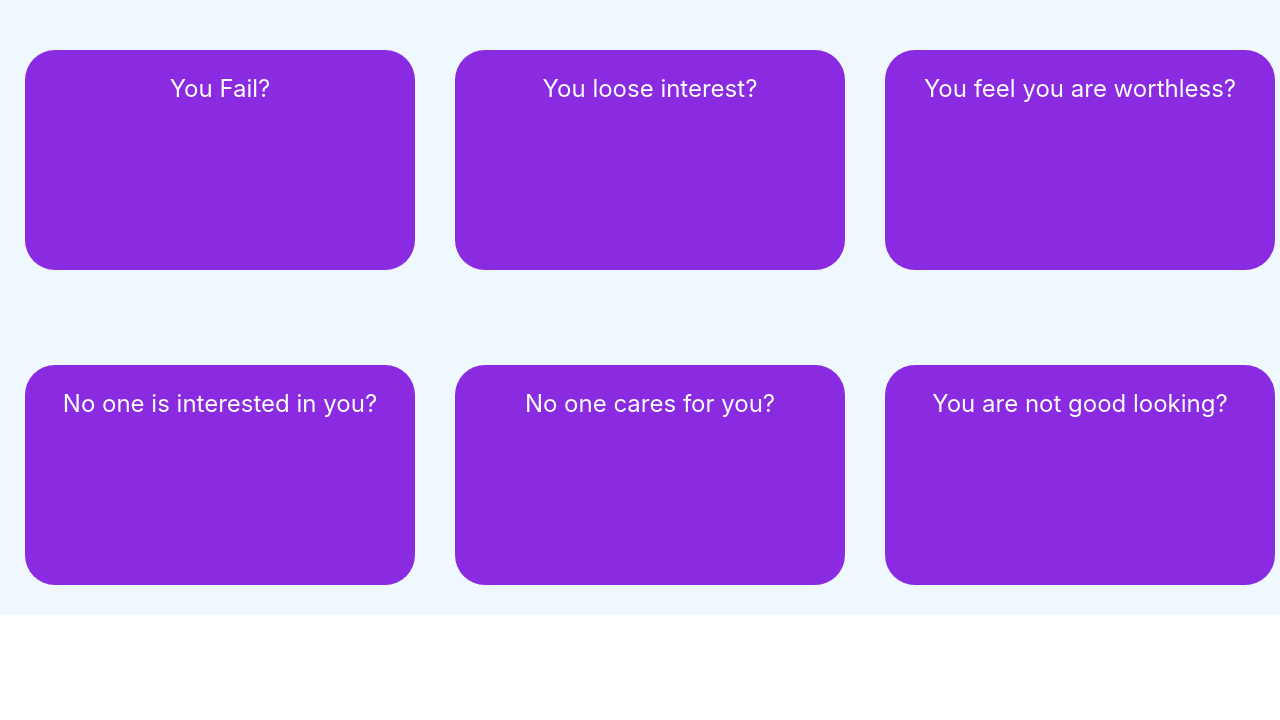
Repository: thai-shriya/anxiety-tracker
Page: /
The author's editor kept a copy of each file at every save. The page is drawn from the files as they stood at one save, then again after the next save.
The browser window is 1280 px wide. The pictures show the whole page.
The project was rebuilt for these pictures with package versions that can differ from the ones it lists, and the page was loaded fresh each time.

Above is the page before, as saved 2024-04-23 02:23:49.

After the next save:
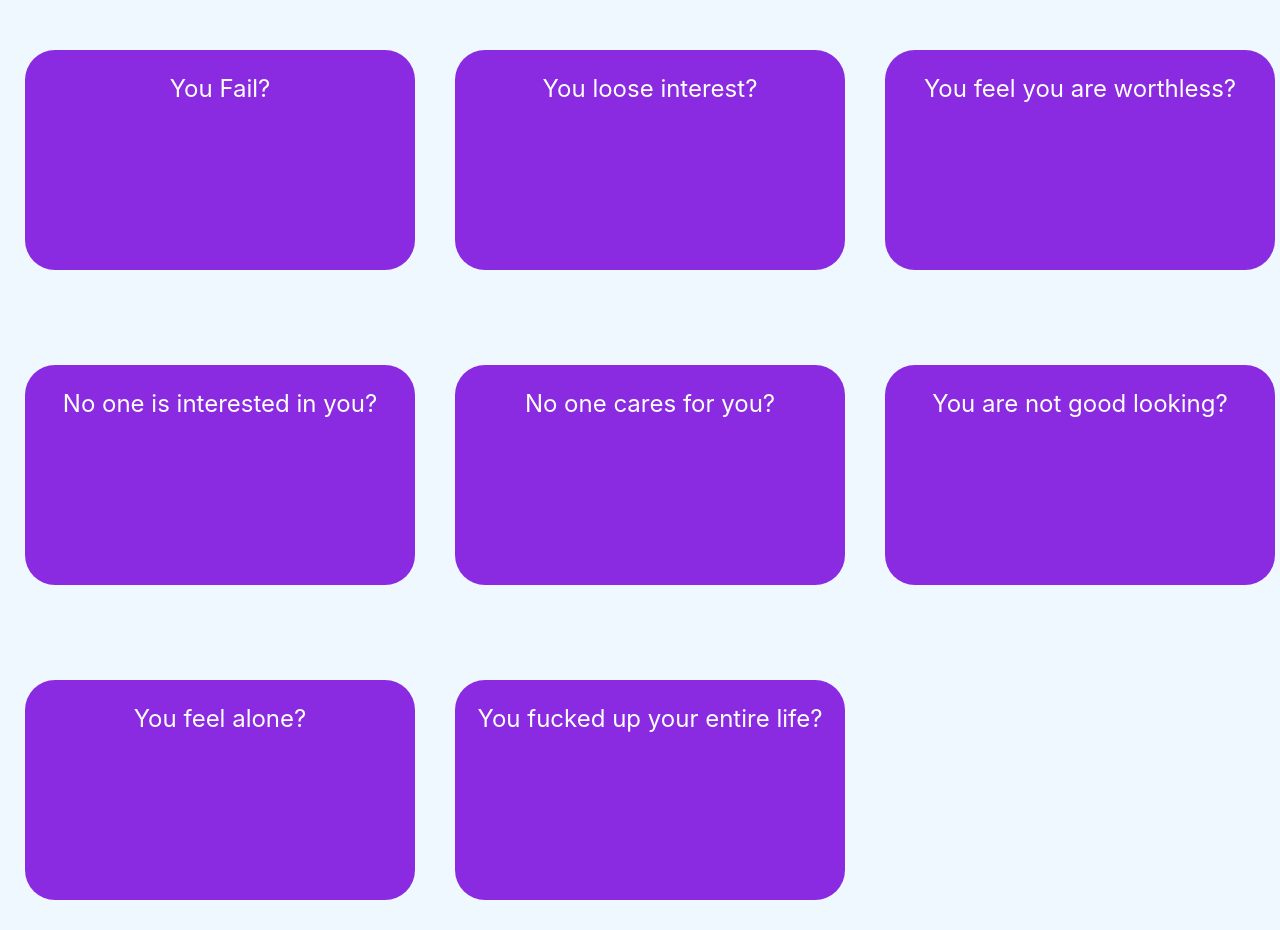
Saved 16 min 5 s later.
--- a/src/App.js
+++ b/src/App.js
@@ -28,7 +28,9 @@ function App() {
     { frontContent: 'You feel you are worthless?', backContent: 'Study until you feel you are worth for yourself' },
     { frontContent: 'No one is interested in you?', backContent: 'World has not seen what you can do yet. Prepare, gain skills and network with people.' },
     { frontContent: 'No one cares for you?', backContent: 'Why do you need someone when you are able to live by yourself. Be greatful for what you have in life' },
-  { frontContent: 'You are not good looking?', backContent: 'Your body is not good yet. Go to gym, eat healthy. When your body is happy, you glow!' }];
+    { frontContent: 'You are not good looking?', backContent: 'Your body is not good yet. Go to gym, eat healthy. When your body is happy, you glow!' },
+    { frontContent: 'You feel alone?', backContent: 'It is common for someone to feel alone. Go out and chill for some time. You will be doing good. Trust me.' },
+  { frontContent: 'You fucked up your entire life?', backContent: 'It is okay, no one is so idle to judge you. But, you are doing great so far.' }];
 
   return (
     <div className='grid-container'>
